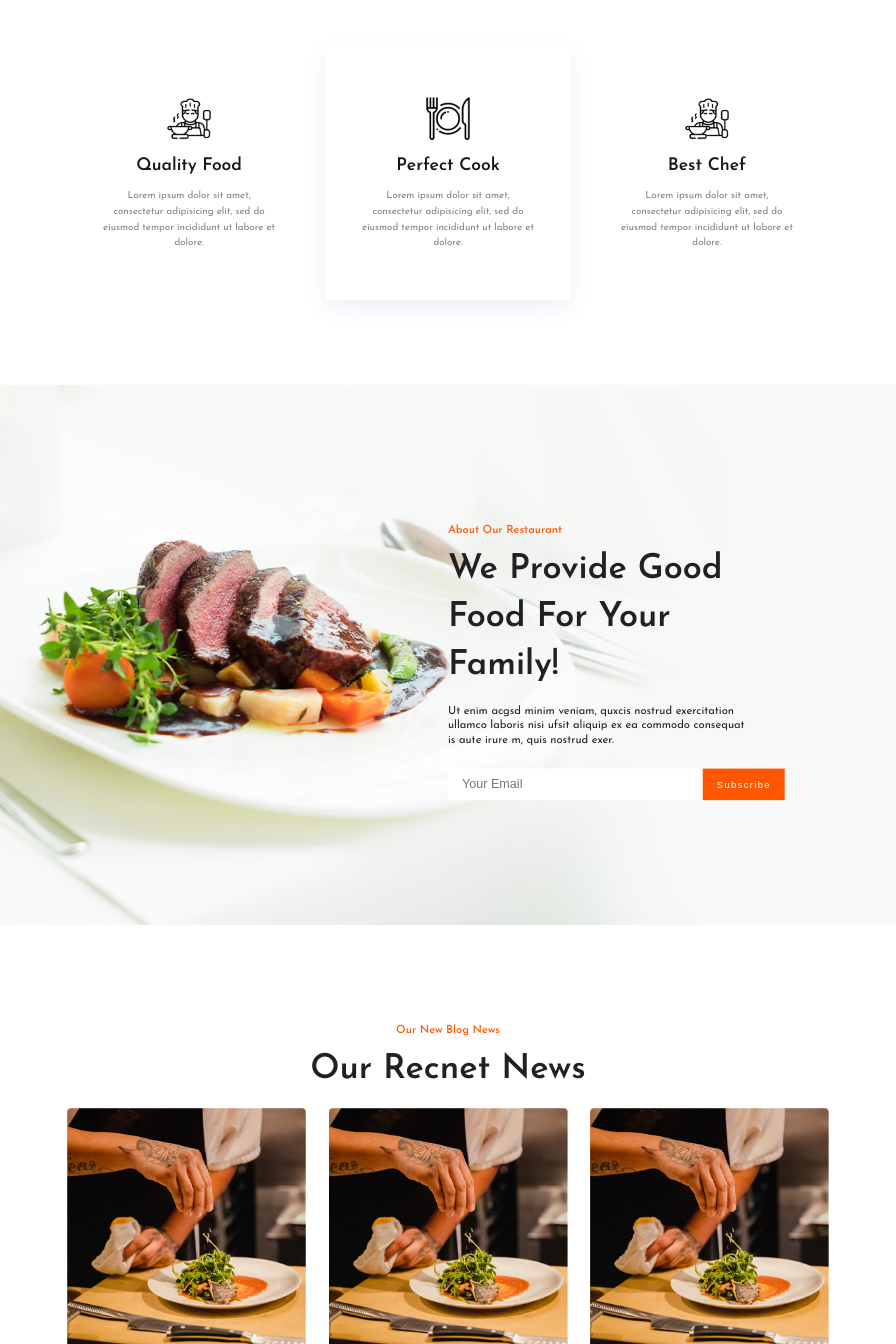
Repository: Ebtehal18/food
Page: index.html
These files come from the project's save history. The page is drawn as it stood at one moment and after the next save; the edit follows.
The browser window is 1280 px wide. The pictures show the part of the page from y = 4580 to 6500 px (the page is 10000 px tall), at 70% of full size.

Above is the page before, as saved 2024-01-19 19:52:54.

### index.html
<!DOCTYPE html>
<html lang="en">
  <head>
    <meta charset="UTF-8" />
    <meta name="viewport" content="width=device-width, initial-scale=1.0" />
    <title>Food All</title>
    <link rel="preconnect" href="https://fonts.googleapis.com">
    <link rel="preconnect" href="https://fonts.gstatic.com" crossorigin>
    <link href="https://fonts.googleapis.com/css2?family=Josefin+Sans:wght@200;300;400;500;600;700&display=swap" rel="stylesheet">
    <link rel="stylesheet" href="asessets/css/style.css" />
    <link rel="stylesheet" href="asessets/css/External/all.min.css" />
  </head>
  <body>

    <!-- nav bar -->
    <header class="header">
      <div class="logo"><img src="asessets/imgs/logo.png" alt="logo" /></div>
      <label for="checkbox"><i class="fa-solid fa-bars"></i></label>
      <input type="checkbox" id="checkbox">
      <nav class="nav">
        <ul class="nav-list">
          <li class="list-item"><a href="#">Home</a></li>
          <li class="list-item"><a href="#">About</a></li>
          <li class="list-item"><a href="#">Menu</a></li>
          <li class="list-item">
            <a href="#">Blog</a>
            <ul class="dropdown-list">
              <li class="dropdown-item"><a href="#">Blog</a></li>
              <li class="dropdown-item"><a href="#">Blog Details</a></li>
              <li class="dropdown-item"><a href="#">Element</a></li>
            </ul>
          </li>
          <li class="list-item"><a href="#">Contact</a></li>
        </ul>
      </nav>
      <button class="btn btn-nav">Order Online</button>
    </header>
    <!-- hero -->
    <section class="hero">
      <div class="container">
        <div class="row">
         <div class="hero-content">
           <span class="span">Discover Your Teste</span>
          <h1>We belive good food offer great smile</h1>
          <p>
            Ut enim ad minim veniam, quis nostrud exercitation ullamco laboris
            nisi ut aliquip ex ea commodo consequat is aute irure.
          </p>
          <button class="btn-hero">Resurvation</button>
        </div>
          </div>
        </div>
      </div>
    </section>
  <!-- about -->
    <section class="about">
      <div class="container">
        <div class="row">
        <div class="about-content">
          <span class="span">Discover Your Teste</span>
          <h2>We Provide Good Food For Your Family!</h2>
          <p>Ut enim acgsd minim veniam, quxcis nostrud exercitation ullamco laboris nisi ufsit aliquip ex ea commodo consequat is aute irure m, quis nostrud exer.</p>
          <div class="row">
        <div class="about-detail">
          <div class="about-icon">
            <img src="asessets/imgs/cooking.png" alt="cooking">
          </div>
        <p>Ut enim ad minim veniam, quis nostrud exer.</p>
      </div>
        <div class="about-detail">
          <div class="about-icon">
            <img src="asessets/imgs/restaurant.png" alt="cooking">
          </div>
        <p>Ut enim ad minim veniam, quis nostrud exer.</p>
      </div>
        <div class="about-detail">
          <div class="about-icon">
            <img src="asessets/imgs/chef.png" alt="cooking">
          </div>
        <p>Ut enim ad minim veniam, quis nostrud exer.</p>
      </div>
        <div class="about-detail">
          <div class="about-icon">
            <img src="asessets/imgs/cooking.png" alt="cooking">
          </div>
        <p>Ut enim ad minim veniam, quis nostrud exer.</p>
      </div>
          </div>
        </div>
        <div class="about-img">
          <img src="asessets/imgs/about.png" alt="chef's img">
        </div>
        </div>
      </div>
    </section>
    <!-- menu -->
    <section class="menu-sec">
      <div class="menu">
         <div class="container">
        <div class="menu-heading">
          <span class="span">Our Offerd Menu</span>
          <h2>Some Trendy And Popular Courses Offerd</h2>
          <ul class="list-menu">
            <li class="menu-item"><a href="#">special</a></li>
            <li  class="menu-item"><a href="#">breakfact</a></li>
            <li  class="menu-item"><a href="#">lunch</a></li>
            <li  class="menu-item"><a href="#">dinner</a></li>
          </ul>
        </div>
      </div>
    </div>
      <div class="grid-menu">
        <div class="menu-img">
          <div class="overlay">
            <span class="span">$25</span>
            <h2>Delicious Food</h2>
            <p>Ut enim ad minim veniam quis nostr.</p>
            <button class="btn-hero">Order Now</button>
          </div>
        </div>
        <div class="menu-img"> <div class="overlay">
          <span class="span">$25</span>
          <h2>Delicious Food</h2>
          <p>Ut enim ad minim veniam quis nostr.</p>
          <button class="btn-hero">Order Now</button>
        </div></div>
        <div class="menu-img"> <div class="overlay">
          <span class="span">$25</span>
          <h2>Delicious Food</h2>
          <p>Ut enim ad minim veniam quis nostr.</p>
          <button class="btn-hero">Order Now</button>
        </div></div>
        <div class="menu-img"> <div class="overlay">
          <span class="span">$25</span>
          <h2>Delicious Food</h2>
          <p>Ut enim ad minim veniam quis nostr.</p>
          <button class="btn-hero">Order Now</button>
        </div></div>

      </div>
    </section>
    <!-- blog -->
    <section class="blog">
      <div class="container">
        <div class="row">
          <div class="blog-img">
            <img src="asessets/imgs/about2.png" alt="">
          </div>
          <div class="blog-content">
            <span class="span">About Our Restaurant</span>
            <h2>We Provide Good Food For Your Family!</h2>
            <p>Ut enim acgsd minim veniam, quxcis nostrud exercitation ullamco laboris nisi ufsit aliquip ex ea commodo consequat is aute irure m, quis nostrud exer</p>
            <p>There are many variations of passages of Lorem Ipsum available, but the majority have suffered alteration in some form, by injected our, or randomised words which don't look even slightly believab If you are going to use a passage.</p>
            <button class="btn">Learn More</button>
          </div>
        </div>
      </div>
    </section>
    <!-- book -->
    <section class="book-sec">
      <div class="book">
        <div class="container">
          <div class="book-heading">
            <span class="span">About Our Restaurant</span>
            <h2>Book A Table</h2>
          </div>
          <div class="row">
             <div class="book-inputs">
              <div class="book-input">
                <i class="fa-regular fa-user"></i>
                <input type="checkbox" id="check">
                <label for="check">
                  <p>Person</p>
                  <div class="check-content">
                    <p>person</p>
                    <p>person 2</p>
                    <p>person 3</p>
                    <p>person 4</p>
                  </div>
                  <i class="fa-solid fa-chevron-down"></i>
                </label>
                </div>
               <div class="book-input">
                  <i class="fas fa-calendar-alt"></i>
                  <p>Date</p>
                </div>
               <div class="book-input">
                  <i class="fa-regular fa-clock"></i>
                   <p>Time</p>
                </div>
                <button class="btn-hero">Book Now</button>
                  </div>
      </div>
    </div>

    </section>
    <!-- service -->
    <section class="service">
      <div class="container">
        <div class="service-heading">
          <span class="span">Servicees We Offer</span>
          <h2>Our Best Services</h2>
        </div>
        <div class="row">
          <div class="service-card">
            <div class="card-top">
              <img src="asessets/imgs/cooking.png" alt="">
            </div>
            <div class="card-bottom">
              <h3>Quality Food</h3>
              <p>Lorem ipsum dolor sit amet, consectetur adipisicing elit, sed do eiusmod tempor incididunt ut labore et dolore.</p>
            </div>
          </div>
          <div class="service-card">
            <div class="card-top">
              <img src="asessets/imgs/restaurant.png" alt="">
            </div>
            <div class="card-bottom">
              <h3>Perfect Cook</h3>
              <p>Lorem ipsum dolor sit amet, consectetur adipisicing elit, sed do eiusmod tempor incididunt ut labore et dolore.</p>
            </div>
          </div>
          <div class="service-card">
            <div class="card-top">
              <img src="asessets/imgs/cooking.png" alt="">
            </div>
            <div class="card-bottom">
              <h3>Best Chef</h3>
              <p>Lorem ipsum dolor sit amet, consectetur adipisicing elit, sed do eiusmod tempor incididunt ut labore et dolore.</p>
            </div>
          </div>

        </div>
      </div>
    </section>
<!-- contact -->
    <section class="contact">
      <div class="contact-sec">
        <div class="container">
            <div class="contcat-content">
              <span class="span">About Our Restaurant</span>
              <h2>We Provide Good Food For Your Family!</h2>
              <p>Ut enim acgsd minim veniam, quxcis nostrud exercitation ullamco laboris nisi ufsit aliquip ex ea commodo consequat is aute irure m, quis nostrud exer.</p>
             <div class="contact-inputs">
              <input type="email" placeholder="Your Email">
              <button class="input-btn">Subscribe</button></div>
            </div>

        </div>
      </div>
    </section>
    <!-- new-blog -->
    <section class="new-blog">
      <div class="container">
        <div class="new-blog-heading">
          <span class="span">Our New Blog News</span>
          <h2>Our Recnet News</h2>
        </div>
        <div class="row">
          <div class="blog-card">
            <img src="asessets/imgs/blog1.png" alt="blog1">
            <div class="blog-detail">
              <p>23 DEC, 2020</p>
              <p>Addiction When Food Plate Becomes</p>
            </div>
          </div>
          <div class="blog-card">
            <img src="asessets/imgs/blog1.png" alt="blog1">
            <div class="blog-detail">
              <p>23 DEC, 2020</p>
              <p>Addiction When Food Plate Becomes</p>
            </div>
          </div>
          <div class="blog-card">
            <img src="asessets/imgs/blog1.png" alt="blog1">
            <div class="blog-detail">
              <p>23 DEC, 2020</p>
              <p>Addiction When Food Plate Becomes</p>
            </div>
          </div>
        </div>
      </div>
    </section>
  </body>
</html>

Loaded but not shown: asessets/css/External/all.min.css (library); asessets/css/style.css (1074 lines, source omitted)

After the next save:
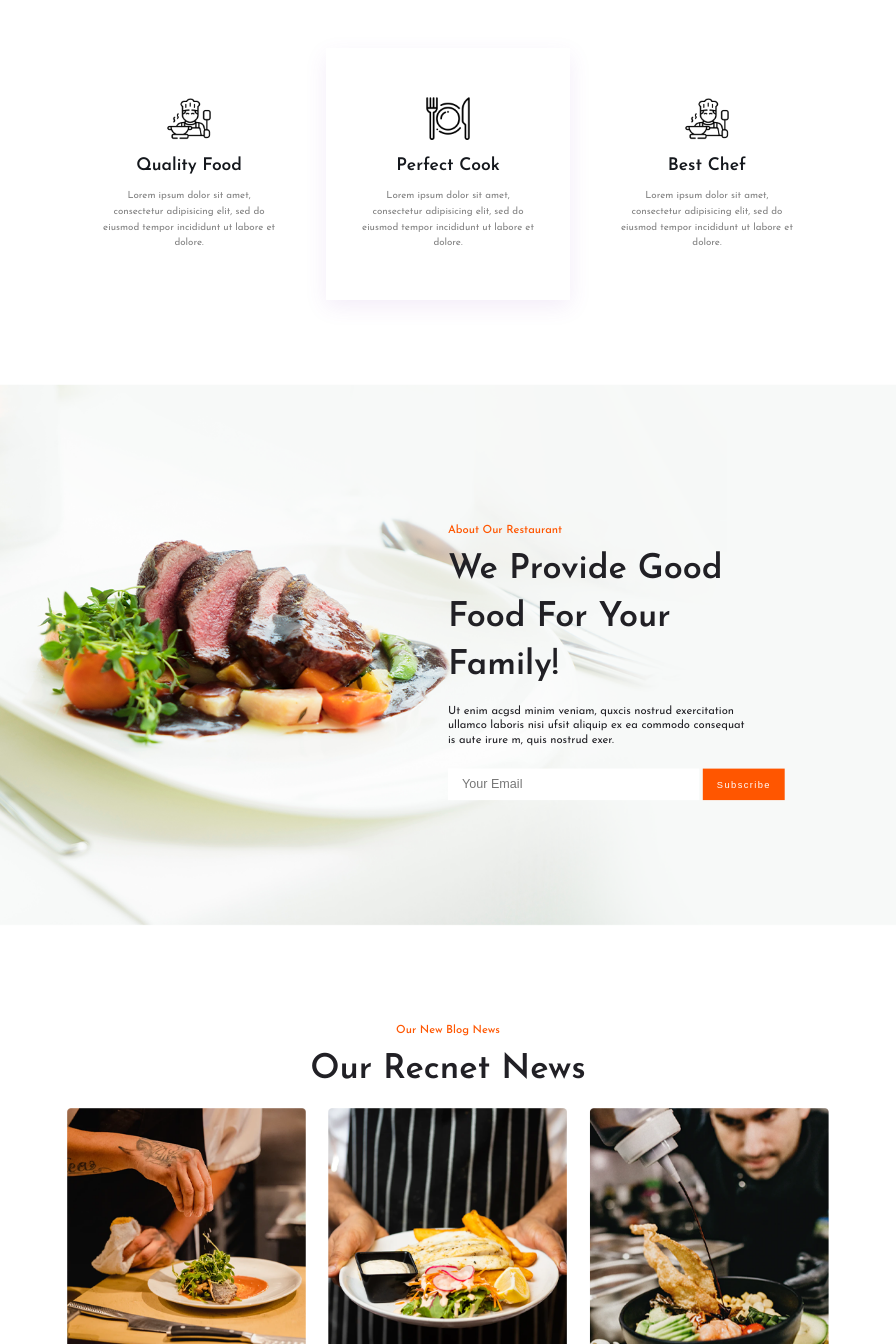
Saved 19 s later.
--- a/index.html
+++ b/index.html
@@ -265,14 +265,14 @@
             </div>
           </div>
           <div class="blog-card">
-            <img src="asessets/imgs/blog1.png" alt="blog1">
+            <img src="asessets/imgs/blog2.png" alt="blog2">
             <div class="blog-detail">
               <p>23 DEC, 2020</p>
               <p>Addiction When Food Plate Becomes</p>
             </div>
           </div>
           <div class="blog-card">
-            <img src="asessets/imgs/blog1.png" alt="blog1">
+            <img src="asessets/imgs/blog3.png" alt="blog3">
             <div class="blog-detail">
               <p>23 DEC, 2020</p>
               <p>Addiction When Food Plate Becomes</p>
